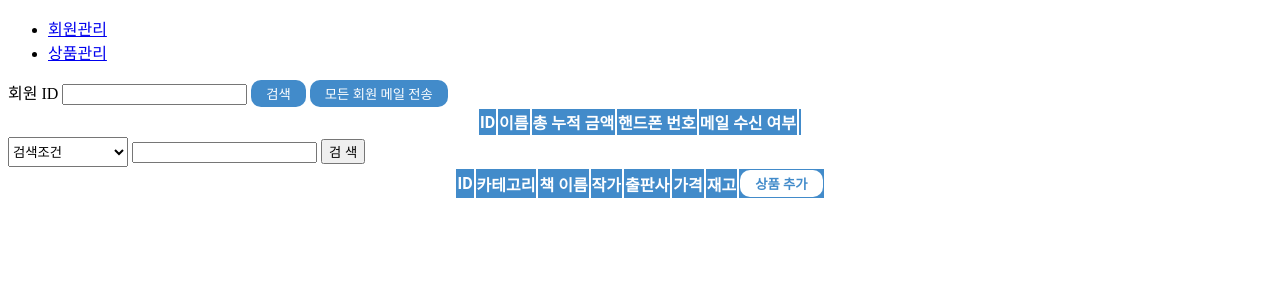
Repository: Toriikk/SpringProject_Bookstay
Page: http://localhost/geniebook/WEB-INF/views/admin/adminManager.jsp
The author's editor kept a copy of each file at every save. The page is drawn from the files as they stood at one save, then again after the next save.
The browser window is 1280 px wide. The pictures show the whole page.
The page is served by Tomcat 9. Nobody is signed in. Other server files are loaded and not shown. The template is opened directly, without the code that normally fills it, so the values that code supplies are empty.

Above is the page before, as saved 2022-08-31 07:51:57.
Console error: SyntaxError: Unexpected token ','

### geniebook/src/main/webapp/WEB-INF/views/admin/adminManager.jsp
<%@ page language="java" contentType="text/html; charset=UTF-8"
	pageEncoding="UTF-8"%>
<%@ taglib prefix="c" uri="http://java.sun.com/jsp/jstl/core"%>
<!DOCTYPE html>
<html>

<head>
<style type="text/css">
table {
	text-align: center;
}

button {
	border-radius: 10px;
	background: #428bca;
	border: medium none;
	border-radius: 4;
	color: #FFFFFF;
	font-family: 'Roboto', sans-serif;
	padding: 4px 15px;
}
</style>
<meta charset="UTF-8">
<script type="text/javascript">
	function member_search() {

		location.href = "member_search?id=" + $("#member_search").val();
	}
	function sendMail_All() {

		location.href = "mailSending/all";
	}

	// 삭제 js
	function deleteConfirm(no){
		if(confirm("정말 삭제하시겠습니까?")){
			location.href="deleteProduct?bookNo="+no;
		} else {
			alert("삭제가 취소되었습니다.");
		}
	}
	function on_refresh(a,b){
		refresh(a);
		refresh(b);
	}
	function refresh(no){
		if(no > 0){
			alert('완료되었습니다.');
			location.href="adminManager";
		}else if(no == 0){
			alert('취소되었습니다.');
			location.href="adminManager";
		}
	}
</script>
</head>
<body onload="on_refresh(${deleteStatus},${insertStatus})">  <!-- 상품삭제, 등록시 새로고침 -->
 <!--category-tab-->
   <script type="text/javascript">
               function member() {
                  var member = document.getElementById("member");
                  var product = document.getElementById("product");
                  member.style.display = "block";
                  product.style.display = "none";
               }
               function product() {
                  var member = document.getElementById("member");
                  var product = document.getElementById("product");
                  member.style.display = "none";
                  product.style.display = "block";
               }
      </script>

   <div class="container">
      <div class="col-12">
         <ul class="nav nav-tabs">
            <li class="active"><a href="#member" data-toggle="tab"
               onclick="member();">회원관리</a></li>
            <li><a href="#product" data-toggle="tab" onclick="product();">상품관리</a></li>
         </ul>
      </div>
      <div class="tab_content">
         <div class="tab-pane fade active in" id="member">
            <div class="member-details">
               <p>
               <p>
                  <!--member-details-->
               <div class="view-member">
                  회원 ID <input type="text" id="member_search">
                  <button type="button" onClick="member_search()">검색</button>

                  <button type="button" onClick="sendMail_All()">모든 회원 메일 전송</button>

                  <table class="table" border="0"
                     style="margin-left: auto; margin-right: auto;">

                     <tr
                        style="background: #428bca; border: medium none; border-radius: 0; color: #FFFFFF; font-family: 'Roboto', sans-serif; padding: 6px 25px;">
                        <th>ID</th>
                        <th>이름</th>
                        <th>총 누적 금액</th>
                        <th>핸드폰 번호</th>
                        <th>메일 수신 여부</th>
                        <th></th>
                     </tr>
                     <c:forEach var="memberVO" items="${memberList}">
                        <tr >
                           <td>${memberVO.id}</td>
                           <td>${memberVO.name}</td>
                           <td>${memberVO.acc_Price}원</td>
                           <td>${memberVO.phoneNum}</td>
                           <td>${memberVO.receive_email}</td>
                           <td><button type="button" id=memberDetail onclick="location.href='memberDetail?id=${memberVO.id}'" class="button">
                           		상세보기</button></td>
                        </tr>
                     </c:forEach>

                  </table>
               </div>
            </div>
         </div>
         <div class="tab-pane fade" id="product">
            <div class="product-details">
               <!--product-details-->
               <div class="view-product"> <!-- 상품검색 -->
                  <form name="frmSearch" action="${formAction}" method="get">
						<select id="searchType" name="searchType" style = "width : 120px; height : 30px; margin-right : 0px; ">
							<option value="">검색조건</option>
							<option value="/geniebook/admin/adminbyTitle">책제목</option>
							<option value="/geniebook/admin/adminbyCategory">카테고리</option>
							<option value="/geniebook/admin/adminbyWriter">작가</option>
							<option value="/geniebook/admin/adminbyPublisher">출판사</option>
						</select>
						<input name="searchWord" class="search_box" type="text" style = "margin-bottom : 0px;" >
						<input type="submit" name="search" class="btn btn-default get"  value="검 색" onClick="searchType()"  style = "margin-bootom : 20px;">
						<c:if test= "${searchType == '/geniebook/admin/adminbyTitle'}">
					<h2 class="title text-center">"제목"에대해 "${searchWord }"(으)로 검색한 결과입니다. </h2>
					</c:if>
					<c:if test= "${searchType == '/geniebook/admin/adminbyCategory'}">
					<h2 class="title text-center">"카테고리"에대해 "${searchWord }"(으)로 검색한 결과입니다. </h2>
					</c:if>
					<c:if test= "${searchType == '/geniebook/admin/adminbyWriter'}">
					<h2 class="title text-center">"작가"에대해 "${searchWord }"(으)로 검색한 결과입니다. </h2>
					</c:if>
					<c:if test= "${searchType == '/geniebook/admin/adminbyPublisher'}">
					<h2 class="title text-center">"출판사"에대해 "${searchWord }"(으)로 검색한 결과입니다. </h2>
					</c:if>
					</form>
					<script src="http://code.jquery.com/jquery-latest.min.js"></script>
					<script>
					    $(function() {
					        function searchType()
					        {
					            const formAction = $('#searchType').val();
					            if (!formAction || formAction == "") {
					                alert('옵션을 선택하세요!');
					                return false;
					            }

					            $('form[name=frmSearch]').attr('action', formAction);
					            $('form[name=frmSearch]').submit();
					            console.log(formAction);
					        }
					        $('input[name=search]').on('click', searchType);
					    });
					</script><!-- 상품검색끝 -->
                  <table class="table" border="0"
                     style="margin-left: auto; margin-right: auto;">

                     <tr
                        style="background: #428bca; border: medium none; border-radius: 0; color: #FFFFFF; font-family: 'Roboto', sans-serif; padding: 6px 25px;">
                        <th>ID</th>
                        <th>카테고리</th>
                        <th>책 이름</th>
                        <th>작가</th>
                        <th>출판사</th>
                        <th>가격</th>
                        <th><!-- <i class="fa fa-angle-down"></i><i class="fa fa-angle-up"></i> -->재고</th>
                        <th colspan="2"><button type="button"
                              style="float=right; background: white; border: medium none; border-radius: 0; color: #428bca; font-family: 'Roboto', sans-serif; padding: 4px 15px; border-radius: 10px;"
                              id="addProduct" onclick="location.href='addProductForm'" >
                              <b>상품 추가</b>
                           </button></th>
                     </tr>
                     <c:forEach var="productVO" items="${productList}">
                        <tr>
                           <td>${productVO.bookNo}</td>
                           <td>${productVO.category}</td>
                           <td>${productVO.bookName}</td>
                           <td>${productVO.writer}</td>
                           <td>${productVO.publisher}</td>
                           <td>${productVO.price}</td>
                           <td>${productVO.stock}</td>
                           <td><button type="button" id=productDetail
                                 onclick="location.href='productDetail?bookNo=${productVO.bookNo}'">더보기</button></td>
                           <td><button type="button" id=deleteProduct
                                 onclick="deleteConfirm(${productVO.bookNo})">삭제</button></td>
                        </tr>
                     </c:forEach>

                  </table>
               </div>
            </div>
         </div>
      </div>
   </div>
</body>

After the next save:
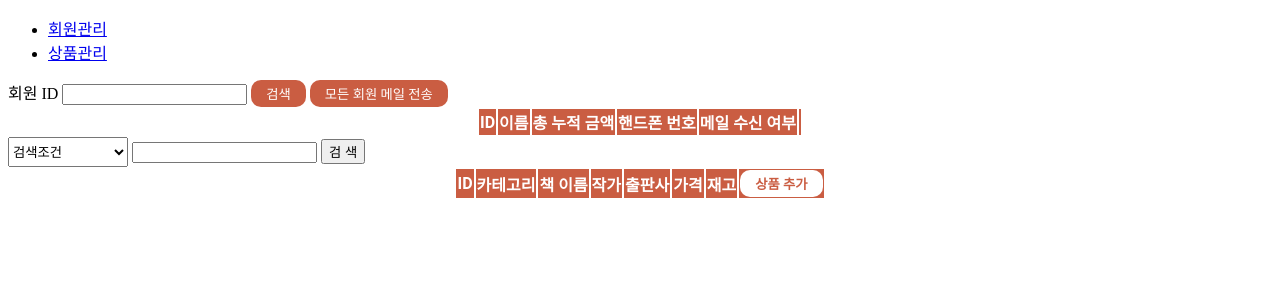
Saved 8 s later.
--- a/geniebook/src/main/webapp/WEB-INF/views/admin/adminManager.jsp
+++ b/geniebook/src/main/webapp/WEB-INF/views/admin/adminManager.jsp
@@ -12,7 +12,7 @@ table {
 
 button {
 	border-radius: 10px;
-	background: #428bca;
+	background: #ca5d42;
 	border: medium none;
 	border-radius: 4;
 	color: #FFFFFF;
@@ -95,7 +95,7 @@ button {
                      style="margin-left: auto; margin-right: auto;">
 
                      <tr
-                        style="background: #428bca; border: medium none; border-radius: 0; color: #FFFFFF; font-family: 'Roboto', sans-serif; padding: 6px 25px;">
+                        style="background: #ca5d42; border: medium none; border-radius: 0; color: #FFFFFF; font-family: 'Roboto', sans-serif; padding: 6px 25px;">
                         <th>ID</th>
                         <th>이름</th>
                         <th>총 누적 금액</th>
@@ -168,7 +168,7 @@ button {
                      style="margin-left: auto; margin-right: auto;">
 
                      <tr
-                        style="background: #428bca; border: medium none; border-radius: 0; color: #FFFFFF; font-family: 'Roboto', sans-serif; padding: 6px 25px;">
+                        style="background: #ca5d42; border: medium none; border-radius: 0; color: #FFFFFF; font-family: 'Roboto', sans-serif; padding: 6px 25px;">
                         <th>ID</th>
                         <th>카테고리</th>
                         <th>책 이름</th>
@@ -177,7 +177,7 @@ button {
                         <th>가격</th>
                         <th><!-- <i class="fa fa-angle-down"></i><i class="fa fa-angle-up"></i> -->재고</th>
                         <th colspan="2"><button type="button"
-                              style="float=right; background: white; border: medium none; border-radius: 0; color: #428bca; font-family: 'Roboto', sans-serif; padding: 4px 15px; border-radius: 10px;"
+                              style="float=right; background: white; border: medium none; border-radius: 0; color: #ca5d42; font-family: 'Roboto', sans-serif; padding: 4px 15px; border-radius: 10px;"
                               id="addProduct" onclick="location.href='addProductForm'" >
                               <b>상품 추가</b>
                            </button></th>
